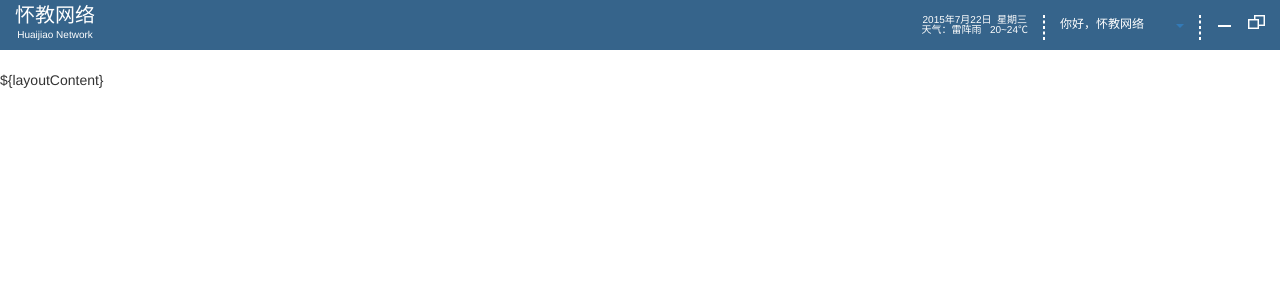
Repository: GaoChengliang/summerTask
Page: Campus_gcl/WebRoot/common/_layout.html
An editor plug-in stored every save of this project. The page is shown before and after the next save, followed by the edit.
The browser window is 1280 px wide. The pictures show the whole page.

Above is the page before, as saved 2015-09-08 06:51:54.

### Campus_gcl/WebRoot/common/_layout.html
<!DOCTYPE HTML>
<html lang="zh-CN">
<head>

<meta http-equiv="content-type" content="text/html; charset=UTF-8" />
<meta http-equiv="X-UA-Compatible" content="IE=edge">
<meta name="viewport" content="width=device-width, initial-scale=1.0" />
<title>${title}</title>
<link href="/css/bootstrap.min.css" rel="stylesheet" />
<link href="/css/index/index.css" rel="stylesheet"/>
<link href="/css/sider/mtree.css" rel="stylesheet prefetch">
<link href="/css/sider/styles.css" rel="stylesheet" type="text/css">
<script src="/js/jquery-2.1.4.min.js"></script>
<script src="/js/bootstrap.min.js"></script>
<script src="/js/index/index.js"></script>
<script src="/js/sider/jquery.velocity.min.js"></script>
<script src="/js/sider/mtree.js"></script>
</head>
<body>
	<nav class="navbar navbar-fixed-top">
      <div class="container-fluid" style="background:#36648B;">
        <div class="navbar-header">
         <div class="font-style-big">怀教网络</div>
          <div class="font-style-small">Huaijiao Network</div>
        </div>
        <div id="navbar" class="navbar-collapse collapse">
				<div class="nav navbar-nav navbar-right   ">
				 	<div class="navbar-brand"><div style="width:0.5px;border:1px dashed white;float:left;height:25px;"></div></div>
					<a class="navbar-brand" name="min"><img src="/img/min.png"/></a>
					<a class="navbar-brand" name="max"><img src="/img/max.png"/></a>
				</div>

      		<div class="nav navbar-nav navbar-right   ">
				 	<div class="navbar-brand"><div style="width:0.5px;border:1px dashed white;float:left;height:25px;"></div></div>
				 	<div class="navbar-brand"><div class="font-style-mid">你好，怀教网络</div></div>
				 	<li class="dropdown">
          			<a href="#" class="dropdown-toggle" data-toggle="dropdown" aria-haspopup="true" aria-expanded="false"><span class="caret"></span></a>
          			<ul class="dropdown-menu">
            			<li><a href="#">更换皮肤</a></li>
            			<li><a href="#">设置</a></li>
            			<li><a href="#">退出</a></li>
          			</ul>
        			</li>
			</div>
			<div class="nav navbar-nav navbar-right   ">
				 	<div class="navbar-brand">
				 		<div class="font-style-small">2015年7月22日&nbsp&nbsp星期三</div>
				 		<div class="font-style-small">天气：雷阵雨&nbsp&nbsp&nbsp20~24℃</div>
				 	</div>
			</div>
        </div>
      </div>
    </nav>
	${layoutContent}

</body>
</html>

### Campus_gcl/WebRoot/css/index/index.css

/* Move down content because we have a fixed navbar that is 50px tall */
body {
	padding-top: 70px;
	padding-bottom: 0px;
}

/*
 * Main content
 */
.main {
	padding: 20px;
}

@media ( min-width : 768px) {
	.main {
		padding-right: 40px;
		padding-left: 40px;
	}
}

.body-main{
	padding-top: 50px;
	padding-bottom: 20px;
	padding-left: 20px;
	padding-right: 20px;
}

.sub-header {
	padding-top: 15px;
	padding-bottom: 10px;
	border-bottom: 1px solid #eee;
}

.sub-body{
	padding-top: 10px;
	padding-bottom: 10px;
}


/*
 * Top navigation
 * Hide default border to remove 1px line.
 */
.navbar-fixed-top {
	border: 0;
}

.navbar-fixed-bottom {
	border: 0;
}

/*
 * Sidebar
 */

.sidebar {
	display: none;
}

@media ( min-width : 768px) {
	.sidebar {
		position: fixed;
		top: 60px;
		bottom: 0;
		left: 0;
		z-index: 1000;
		display: block;
		padding: 20px;
		overflow-x: hidden;
		overflow-y: auto;
		background-color: #f5f5f5;
		border-right: 1px solid #eee;
	}
}

@media ( min-width : 768px) {
	.sidebar-2 {
		position: fixed;
		top: 70px;
		bottom: 105px;
		left: 0;
		z-index: 1000;
		display: block;
		padding: 20px;
		overflow-x: hidden;
		overflow-y: auto;
		background-color: #f5f5f5;
		border-right: 1px solid #eee;
	}
}

/* Sidebar navigation */
.nav-sidebar {
	margin-right: -21px; /* 20px padding + 1px border */
	margin-bottom: 20px;
	margin-left: -20px;
}

.nav-sidebar>li>a {
	padding-right: 20px;
	padding-left: 20px;
}

.nav-sidebar>.active>a, .nav-sidebar>.active>a:hover, .nav-sidebar>.active>a:focus
	{
	color: #fff;
	background-color: #428bca;
}


.font-style-big {
	font-size: 20px;
	text-align:center;
	line-height:150%;
	color: #FFF;
	font-family: "SimHei";
}

.font-style-mid {
	font-size: 12px;
	text-align:center;
	line-height:150%;
	color: #FFF;
	font-family: "SimHei";
}

.font-style-small {
	font-size: 10px;
	text-align:center;
	line-height:100%;
	color: #FFF;
}

.font-style-tiny {
	font-size: 8px;
	text-align:center;
	line-height:100%;
	color: #FFF;
}

.font-style-background-blue {
	background:#6495ED;
	font-size: 15px;
	text-align:center;
	line-height:200%;
	color: #FFF;
	font-family: "SimHei";
}

.font-style-li {
	font-size: 12px;
	text-align:center;
	line-height:100%;
}

.font-style-footer {
	font-size: 17px;
	line-height:50px;
	color: #FFF;
}



/*
 * block
 */
.bg-black {
  background: #000000 !important;
}
.bg-white {
  background: #ffffff !important;
}
.bg-lime {
  background: #a4c400 !important;
}
.bg-green {
  background: #60a917 !important;
}
.bg-emerald {
  background: #008a00 !important;
}
.bg-teal {
  background: #00aba9 !important;
}
.bg-cyan {
  background: #1ba1e2 !important;
}
.bg-cobalt {
  background: #0050ef !important;
}
.bg-indigo {
  background: #6a00ff !important;
}
.bg-violet {
  background: #aa00ff !important;
}
.bg-pink {
  background: #dc4fad !important;
}
.bg-magenta {
  background: #d80073 !important;
}
.bg-crimson {
  background: #a20025 !important;
}
.bg-red {
  background: #ce352c !important;
}
.bg-orange {
  background: #fa6800 !important;
}
.bg-amber {
  background: #f0a30a !important;
}
.bg-yellow {
  background: #e3c800 !important;
}
.bg-brown {
  background: #825a2c !important;
}
.bg-olive {
  background: #6d8764 !important;
}
.bg-steel {
  background: #647687 !important;
}
.bg-mauve {
  background: #76608a !important;
}
.bg-taupe {
  background: #87794e !important;
}
.bg-gray {
  background: #555555 !important;
}
.bg-dark {
  background: #333333 !important;
}
.bg-darker {
  background: #222222 !important;
}
.bg-transparent {
  background: transparent !important;
}
.bg-darkBrown {
  background: #63362f !important;
}
.bg-darkCrimson {
  background: #640024 !important;
}
.bg-darkMagenta {
  background: #81003c !important;
}
.bg-darkIndigo {
  background: #4b0096 !important;
}
.bg-darkCyan {
  background: #1b6eae !important;
}
.bg-darkCobalt {
  background: #00356a !important;
}
.bg-darkTeal {
  background: #004050 !important;
}
.bg-darkEmerald {
  background: #003e00 !important;
}
.bg-darkGreen {
  background: #128023 !important;
}
.bg-darkOrange {
  background: #bf5a15 !important;
}
.bg-darkRed {
  background: #9a1616 !important;
}
.bg-darkPink {
  background: #9a165a !important;
}
.bg-darkViolet {
  background: #57169a !important;
}
.bg-darkBlue {
  background: #16499a !important;
}
.bg-lightBlue {
  background: #4390df !important;
}
.bg-lightRed {
  background: #da5a53 !important;
}
.bg-lightGreen {
  background: #7ad61d !important;
}
.bg-lighterBlue {
  background: #00ccff !important;
}
.bg-lightTeal {
  background: #45fffd !important;
}
.bg-lightOlive {
  background: #78aa1c !important;
}
.bg-lightOrange {
  background: #c29008 !important;
}
.bg-lightPink {
  background: #f472d0 !important;
}
.bg-grayDark {
  background: #333333 !important;
}
.bg-grayDarker {
  background: #222222 !important;
}
.bg-grayLight {
  background: #999999 !important;
}
.bg-grayLighter {
  background: #eeeeee !important;
}
.bg-blue {
  background: #00aff0 !important;
}
.fg-black {
  color: #000000 !important;
}
.fg-white {
  color: #ffffff !important;
}
.fg-lime {
  color: #a4c400 !important;
}
.fg-green {
  color: #60a917 !important;
}
.fg-emerald {
  color: #008a00 !important;
}
.fg-teal {
  color: #00aba9 !important;
}
.fg-cyan {
  color: #1ba1e2 !important;
}
.fg-cobalt {
  color: #0050ef !important;
}
.fg-indigo {
  color: #6a00ff !important;
}
.fg-violet {
  color: #aa00ff !important;
}
.fg-pink {
  color: #dc4fad !important;
}
.fg-magenta {
  color: #d80073 !important;
}
.fg-crimson {
  color: #a20025 !important;
}
.fg-red {
  color: #ce352c !important;
}
.fg-orange {
  color: #fa6800 !important;
}
.fg-amber {
  color: #f0a30a !important;
}
.fg-yellow {
  color: #e3c800 !important;
}
.fg-brown {
  color: #825a2c !important;
}
.fg-olive {
  color: #6d8764 !important;
}
.fg-steel {
  color: #647687 !important;
}
.fg-mauve {
  color: #76608a !important;
}
.fg-taupe {
  color: #87794e !important;
}
.fg-gray {
  color: #555555 !important;
}
.fg-dark {
  color: #333333 !important;
}
.fg-darker {
  color: #222222 !important;
}
.fg-transparent {
  color: transparent !important;
}
.fg-darkBrown {
  color: #63362f !important;
}
.fg-darkCrimson {
  color: #640024 !important;
}
.fg-darkMagenta {
  color: #81003c !important;
}
.fg-darkIndigo {
  color: #4b0096 !important;
}
.fg-darkCyan {
  color: #1b6eae !important;
}
.fg-darkCobalt {
  color: #00356a !important;
}
.fg-darkTeal {
  color: #004050 !important;
}
.fg-darkEmerald {
  color: #003e00 !important;
}
.fg-darkGreen {
  color: #128023 !important;
}
.fg-darkOrange {
  color: #bf5a15 !important;
}
.fg-darkRed {
  color: #9a1616 !important;
}
.fg-darkPink {
  color: #9a165a !important;
}
.fg-darkViolet {
  color: #57169a !important;
}
.fg-darkBlue {
  color: #16499a !important;
}
.fg-lightBlue {
  color: #4390df !important;
}
.fg-lighterBlue {
  color: #00ccff !important;
}
.fg-lightTeal {
  color: #45fffd !important;
}
.fg-lightOlive {
  color: #78aa1c !important;
}
.fg-lightOrange {
  color: #c29008 !important;
}
.fg-lightPink {
  color: #f472d0 !important;
}
.fg-lightRed {
  color: #da5a53 !important;
}
.fg-lightGreen {
  color: #7ad61d !important;
}
.fg-grayDark {
  color: #333333 !important;
}
.fg-grayDarker {
  color: #222222 !important;
}
.fg-grayLight {
  color: #999999 !important;
}
.fg-grayLighter {
  color: #eeeeee !important;
}
.fg-blue {
  color: #00aff0 !important;
}

.tile-square {
  width: 150px;
  height: 150px;
  display: block;
  float: left;
  margin: 60px;
  background-color: #eeeeee;
  box-shadow: inset 0 0 1px #FFFFCC;
  cursor: pointer;
  position: relative;
  overflow: hidden;
  -webkit-user-select: none;
     -moz-user-select: none;
      -ms-user-select: none;
          user-select: none;
  overflow: visible;
}
.tile-square:hover {
  outline: #999999 solid 3px;
}
.tile-square:active {
  outline: 0;
}
.tile-square.no-outline {
  outline-color: transparent;
}
.tile-square.small-tile {
  width: 70px;
  height: 70px;
}
.tile-square.wide-tile {
  width: 310px;
  height: 150px;
}
.tile-square.wide-tile-v {
  height: 310px;
  width: 150px;
}
.tile-square.large-tile {
  width: 310px;
  height: 310px;
}
.tile-square.big-tile {
  width: 470px;
  height: 470px;
}
.tile-square.super-tile {
  width: 630px;
  height: 630px;
}
.tile-square .tile-content.flipVertical {
  -webkit-transform: perspective(1000px);
          transform: perspective(1000px);
  overflow: visible;
}
.tile-square:hover .tile-content.flipVertical,
.tile-square.hover .tile-content.flipVertical,
.tile-square.flip .tile-content.flipVertical {
  -webkit-transform: rotateY(180deg);
          transform: rotateY(180deg);
}
.tile-square .tile-content.flipVertical {
  -webkit-transform-style: preserve-3d;
          transform-style: preserve-3d;
  transition: all 0.6s ease;
}
.tile-square .tile-content.flipVertical .slide,
.tile-square .tile-content.flipVertical .slide-over {
  top: 0;
  left: 0;
  position: absolute;
  height: 100%;
  width: 100%;
  -webkit-backface-visibility: hidden;
          backface-visibility: hidden;
}
.tile-square .tile-content.flipVertical .slide {
  z-index: 2;
  -webkit-transform: rotateY(0deg);
          transform: rotateY(0deg);
}
.tile-square .tile-content.flipVertical .slide-over {
  -webkit-transform: rotateY(180deg);
          transform: rotateY(180deg);
}
.tile-square .tile-content.flipHorizontal {
  -webkit-transform: perspective(1000px);
          transform: perspective(1000px);
  overflow: visible;
}
.tile-square:hover .tile-content.flipHorizontal,
.tile-square.hover .tile-content.flipHorizontal,
.tile-square.flip .tile-content.flipHorizontal {
  -webkit-transform: rotateX(180deg);
          transform: rotateX(180deg);
}
.tile-square .tile-content.flipHorizontal {
  -webkit-transform-style: preserve-3d;
          transform-style: preserve-3d;
  transition: all 0.6s ease;
}
.tile-square .tile-content.flipHorizontal .slide,
.tile-square .tile-content.flipHorizontal .slide-over {
  top: 0;
  left: 0;
  position: absolute;
  height: 100%;
  width: 100%;
  -webkit-backface-visibility: hidden;
          backface-visibility: hidden;
}
.tile-square .tile-content.flipHorizontal .slide {
  z-index: 2;
  -webkit-transform: rotateX(0deg);
          transform: rotateX(0deg);
}
.tile-square .tile-content.flipHorizontal .slide-over {
  -webkit-transform: rotateX(180deg);
          transform: rotateX(180deg);
}
.tile-square .tile-badge {
  position: absolute;
  bottom: 0;
  right: .625rem;
  padding: .25rem .625rem;
  z-index: 999;
}
.tile-square .tile-label {
  position: absolute;
  bottom: 0;
  left: .625rem;
  padding: .425rem .25rem;
  z-index: 999;
}

.tile-content {
  position: absolute;
  top: 0;
  left: 0;
  width: 100%;
  height: inherit;
  overflow: hidden;
  display: none;
}
.tile-content:first-child {
  display: block;
}
.tile-content .live-slide {
  position: absolute;
  height: 100%;
  width: 100%;
  top: 0;
  left: 0;
  display: none;
  overflow: hidden;
}
.tile-content .live-slide:nth-child(1) {
  display: block;
}
.tile-content.iconic .icon {
  position: absolute;
  width: 64px;
  height: 64px;
  font-size: 64px;
  top: 50%;
  margin-top: -40px;
  left: 50%;
  margin-left: -32px;
  text-align: center;
}

### Campus_gcl/WebRoot/css/sider/styles.css
@charset "UTF-8";
ul.mtree {
  opacity: 0;
  margin-left: 0;
  padding: 1em;
}
ul.mtree ul {
  margin-left: 1em;
}
ul.mtree li {
  list-style: none;
}
ul.mtree a {
  display: block;
}
ul.mtree li.mtree-node > a {
  font-weight: bold;
}

ul.mtree li.mtree-node > div {
  font-weight: bold;
}

ul.mtree a {
  -webkit-transition: all 300ms ease-out;
  -moz-transition: all 300ms ease-out;
  -ms-transition: all 300ms ease-out;
  -o-transition: all 300ms ease-out;
  transition: all 300ms ease-out;
}

ul.mtree.bubba ul {
  margin-left: 0;
}
ul.mtree.bubba ul li {
  font-size: .9em;
}
ul.mtree.bubba li.mtree-node > a:after {
  content: '›';
  margin-left: .5em;
  font-weight: normal;
}
ul.mtree.bubba li.mtree-node > a {
  font-weight: bold;
  text-transform: upperCase;
}
ul.mtree.bubba > li {
  border-bottom: 1px solid #DDD;
}
ul.mtree.bubba > li:last-child {
  border-bottom: none;
}
ul.mtree.bubba li:last-child > a {
  border: none;
}
ul.mtree.bubba > li.mtree-open > a {
  background: #DDD;
}
ul.mtree.bubba li > a:hover {
  background: #DDD;
}
ul.mtree.bubba li.mtree-active > a {
  background: #FFC000;
  color: #FFF;
}
ul.mtree.bubba a {
  padding: 7px 0px 7px 1em;
}
ul.mtree.bubba li li > a {
  padding-left: 0em;
}
ul.mtree.bubba li li li > a {
  padding-left: 3em;
}
ul.mtree.bubba li li li li > a {
  padding-left: 4em;
}
ul.mtree.bubba li li li li li > a {
  padding-left: 5em;
}

ul.mtree.skinny li {
  font-size: .9em;
}
ul.mtree.skinny a {
  padding: 0px 18px;
  color: #555;
}
ul.mtree.skinny a:hover {
  text-decoration: underline;
}
ul.mtree.skinny li.mtree-node:before {
  float: left;
  margin-left: .5em;
  zoom: .8;
  margin-top: .1em;
  color: #777;
}
ul.mtree.skinny li.mtree-open:before {
  content: '-';
}
ul.mtree.skinny li.mtree-closed:before {
  content: '+';
}
ul.mtree.skinny ul > li:first-child {
  margin-top: .1em;
}
ul.mtree.skinny ul > li:last-child {
  margin-bottom: .3em;
}
ul.mtree.skinny ul a {
  color: #666;
}

ul.mtree.transit {
  background: #111;
}
ul.mtree.transit ul {
  margin-left: 0;
}
ul.mtree.transit ul > li {
  font-size: .9em;
}
ul.mtree.transit li.mtree-node {
  position: relative;
}
ul.mtree.transit li.mtree-node > a:before {
  color: #CCC;
  font-weight: normal;
  position: absolute;
  right: 20px;
}
ul.mtree.transit li.mtree-open > a:before {
  content: '-';
}
ul.mtree.transit li.mtree-closed > a:before {
  content: '+';
}
ul.mtree.transit ul > li:first-child {
  margin-top: 1px;
}
ul.mtree.transit li.mtree-open > a {
  background: #222;
}
ul.mtree.transit li > a:hover, ul.mtree.transit li.mtree-active > a {
  background: #333;
  color: #FFF;
}
ul.mtree.transit li.mtree-node > ul > li:last-child {
  margin-bottom: .5em;
  padding-bottom: .5em;
  border-bottom: 1px solid #333;
}
ul.mtree.transit li.mtree-node:last-child > ul > li:last-child {
  margin-bottom: 0;
  padding-bottom: 0;
  border-bottom: none;
}
ul.mtree.transit a {
  padding: 5px 0px 5px 0.8em;
  color: #CCC;
}
ul.mtree.transit li li > a {
  padding-left: 1.6em;
}
ul.mtree.transit li li li > a {
  padding-left: 2.4em;
}
ul.mtree.transit li li li li > a {
  padding-left: 3.2em;
}
ul.mtree.transit li li li li li > a {
  padding-left: 4em;
}

ul.mtree.jet ul {
  margin-left: 0;
}
ul.mtree.jet li {
  margin-bottom: 1px;
}
ul.mtree.jet li:last-child {
  margin-bottom: 0px;
}
ul.mtree.jet li:first-child {
  margin-top: 1px;
}
ul.mtree.jet li.mtree-active a {
  background: #E3E3E3;
}
ul.mtree.jet li.mtree-active li:last-child > a {
  border-radius: 0px 0px 3px 3px;
}
ul.mtree.jet li.mtree-active > a {
  background: #008cba;
  color: #FFF;
  border-radius: 3px 3px 0px 0px;
}
ul.mtree.jet li > a:hover {
  background: #FFC000;
  color: #FFF;
}
ul.mtree.jet a {
  padding: 5px 0px 5px 1em;
}
ul.mtree.jet li li > a {
  padding-left: 2em;
}
ul.mtree.jet li li li > a {
  padding-left: 3em;
}
ul.mtree.jet li li li li > a {
  padding-left: 4em;
}
ul.mtree.jet li li li li li > a {
  padding-left: 5em;
}

ul.mtree.nix {
  background: none;
}
ul.mtree.nix a {
  display: inline;
}
ul.mtree.nix ul {
  margin-left: 1em;
}
ul.mtree.nix ul > li {
  list-style-position: inside;
}
ul.mtree.nix li {
  list-style: disc;
}

.mtree-demo .mtree {
  background: #EEE;
  margin: 20px auto;
  max-width: 320px;
  border-radius: 3px;
}

.mtree-skin-selector {
  text-align: center;
  background: #EEE;
  padding: 10px 0 15px;
}
.mtree-skin-selector li {
  display: inline-block;
  float: none;
}
.mtree-skin-selector button {
  padding: 5px 10px;
  margin-bottom: 1px;
  background: #BBB;
}
.mtree-skin-selector button:hover {
  background: #999;
}
.mtree-skin-selector button.active {
  background: #999;
  font-weight: bold;
}
.mtree-skin-selector button.csl.active {
  background: #FFC000;
}

### Campus_gcl/WebRoot/js/index/index.js
  function jumpToAsset(){
        window.location.href="/asset";
  }

### Campus_gcl/WebRoot/js/sider/mtree.js


// mtree.js
// Requires jquery.js and velocity.js (optional but recommended).
// Copy the below function, add to your JS, and simply add a list <ul class=mtree> ... </ul>
;(function ($, window, document, undefined) {

  // Only apply if mtree list exists
  if($('ul.mtree').length) {


  // Settings
  var collapsed = true; // Start with collapsed menu (only level 1 items visible)
  var close_same_level = false; // Close elements on same level when opening new node.
  var duration = 400; // Animation duration should be tweaked according to easing.
  var listAnim = true; // Animate separate list items on open/close element (velocity.js only).
  var easing = 'easeOutQuart'; // Velocity.js only, defaults to 'swing' with jquery animation.


  // Set initial styles
  $('.mtree ul').css({'overflow':'hidden', 'height': (collapsed) ? 0 : 'auto', 'display': (collapsed) ? 'none' : 'block' });

  // Get node elements, and add classes for styling
  var node = $('.mtree li:has(ul)');
  node.each(function(index, val) {
    $(this).children(':first-child').css('cursor', 'pointer')
    $(this).addClass('mtree-node mtree-' + ((collapsed) ? 'closed' : 'open'));
    $(this).children('ul').addClass('mtree-level-' + ($(this).parentsUntil($('ul.mtree'), 'ul').length + 1));
  });

  // Set mtree-active class on list items for last opened element
  $('.mtree li > *:first-child').on('click.mtree-active', function(e){
    if($(this).parent().hasClass('mtree-closed')) {
      $('.mtree-active').not($(this).parent()).removeClass('mtree-active');
      $(this).parent().addClass('mtree-active');
    } else if($(this).parent().hasClass('mtree-open')){
      $(this).parent().removeClass('mtree-active');
    } else {
      $('.mtree-active').not($(this).parent()).removeClass('mtree-active');
      $(this).parent().toggleClass('mtree-active');
    }
  });

  // Set node click elements, preferably <a> but node links can be <span> also
  node.children(':first-child').on('click.mtree', function(e){

    // element vars
    var el = $(this).parent().children('ul').first();
    var isOpen = $(this).parent().hasClass('mtree-open');

    // close other elements on same level if opening
    if((close_same_level || $('.csl').hasClass('active')) && !isOpen) {
      var close_items = $(this).closest('ul').children('.mtree-open').not($(this).parent()).children('ul');

      // Velocity.js
      if($.Velocity) {
        close_items.velocity({
          height: 0
        }, {
          duration: duration,
          easing: easing,
          display: 'none',
          delay: 100,
          complete: function(){
            setNodeClass($(this).parent(), true)
          }
        });

      // jQuery fallback
      } else {
        close_items.delay(100).slideToggle(duration, function(){
          setNodeClass($(this).parent(), true);
        });
      }
    }

    // force auto height of element so actual height can be extracted
    el.css({'height': 'auto'});

    // listAnim: animate child elements when opening
    if(!isOpen && $.Velocity && listAnim) el.find(' > li, li.mtree-open > ul > li').css({'opacity':0}).velocity('stop').velocity('list');

    // Velocity.js animate element
    if($.Velocity) {
      el.velocity('stop').velocity({
        //translateZ: 0, // optional hardware-acceleration is automatic on mobile
        height: isOpen ? [0, el.outerHeight()] : [el.outerHeight(), 0]
      },{
        queue: false,
        duration: duration,
        easing: easing,
        display: isOpen ? 'none' : 'block',
        begin: setNodeClass($(this).parent(), isOpen),
        complete: function(){
          if(!isOpen) $(this).css('height', 'auto');
        }
      });

    // jQuery fallback animate element
    } else {
      setNodeClass($(this).parent(), isOpen);
      el.slideToggle(duration);
    }

    // We can't have nodes as links unfortunately
    e.preventDefault();
  });

  // Function for updating node class
  function setNodeClass(el, isOpen) {
    if(isOpen) {
      el.removeClass('mtree-open').addClass('mtree-closed');
    } else {
      el.removeClass('mtree-closed').addClass('mtree-open');
    }
  }

  // List animation sequence
  if($.Velocity && listAnim) {
    $.Velocity.Sequences.list = function (element, options, index, size) {
      $.Velocity.animate(element, {
        opacity: [1,0],
        translateY: [0, -(index+1)]
      }, {
        delay: index*(duration/size/2),
        duration: duration,
        easing: easing
      });
    };
  }

    // Fade in mtree after classes are added.
    // Useful if you have set collapsed = true or applied styles that change the structure so the menu doesn't jump between states after the function executes.
    if($('.mtree').css('opacity') == 0) {
      if($.Velocity) {
        $('.mtree').css('opacity', 1).children().css('opacity', 0).velocity('list');
      } else {
        $('.mtree').show(200);
      }
    }
  }
}(jQuery, this, this.document));

Loaded but not shown: Campus_gcl/WebRoot/css/bootstrap.min.css (library); Campus_gcl/WebRoot/js/jquery-2.1.4.min.js (library); Campus_gcl/WebRoot/js/bootstrap.min.js (library); Campus_gcl/WebRoot/js/sider/jquery.velocity.min.js (library); Campus_gcl/WebRoot/css/sider/mtree.css (no copy from this time; the picture is the same without it)

After the next save:
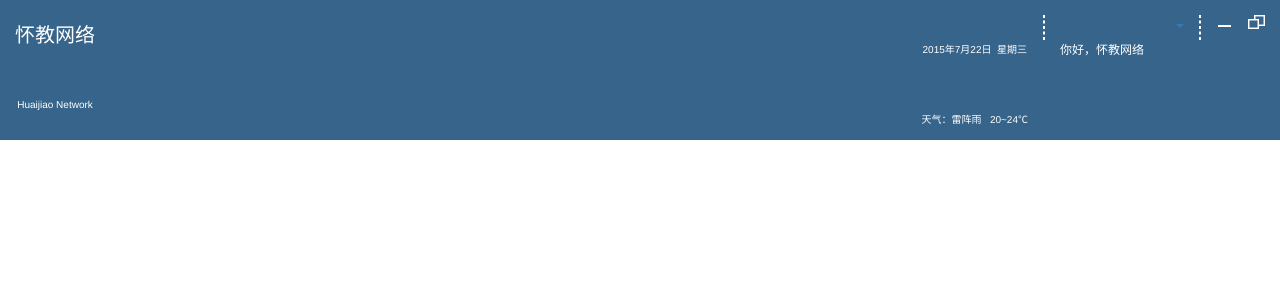
Saved 107 s later.
--- a/Campus_gcl/WebRoot/css/index/index.css
+++ b/Campus_gcl/WebRoot/css/index/index.css
@@ -112,7 +112,7 @@ body {
 .font-style-big {
 	font-size: 20px;
 	text-align:center;
-	line-height:150%;
+	line-height:70px;
 	color: #FFF;
 	font-family: "SimHei";
 }
@@ -120,7 +120,7 @@ body {
 .font-style-mid {
 	font-size: 12px;
 	text-align:center;
-	line-height:150%;
+	line-height:70px;
 	color: #FFF;
 	font-family: "SimHei";
 }
@@ -128,7 +128,7 @@ body {
 .font-style-small {
 	font-size: 10px;
 	text-align:center;
-	line-height:100%;
+	line-height:70px;
 	color: #FFF;
 }
 
